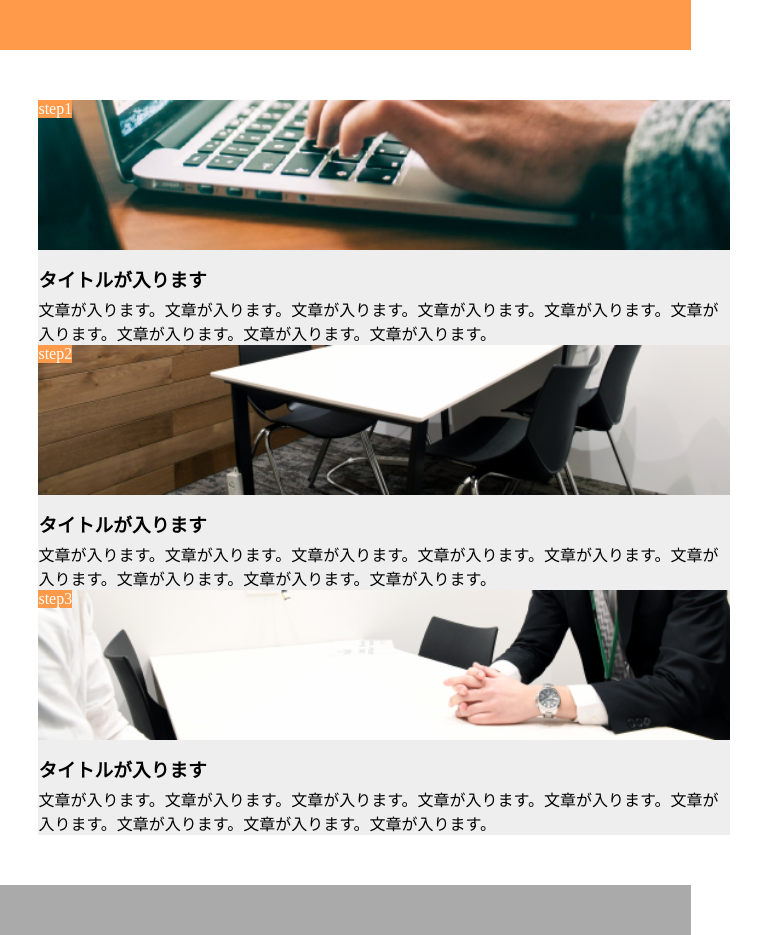
Repository: tttstk518/git-practice
Page: HTML/index.html
The author's editor kept a record of every edit. The page is drawn from the files as they stood at one moment, then again after the next edit.
The browser window is 768 px wide. The pictures show the whole page.

Above is the page before.

### HTML/index.html
<!DOCTYPE html>
<html lang="ja">
  <head>
    <meta charset="UTF-8" />
    <title>9章演習</title>

    <!-- ビューポートの設定　-->
    <meta name="viewport" content="width=device-width,initial-scale=1">
    <!--　スタイルシートの読み込み　-->
    <link rel="stylesheet" href="style.css" />
  </head>

  <body>

    <header></header>

    <main>

      <div class="step-box">
        <div class="step-img1"></div>
        <span class="step-num">step1</span>
        <h3 class="title">タイトルが入ります</h3>
        <p class="text">
          文章が入ります。文章が入ります。文章が入ります。文章が入ります。文章が入ります。文章が入ります。文章が入ります。文章が入ります。文章が入ります。
        </p>
      </div>


      <div class="step-box">
        <div class="step-img2"></div>
        <span class="step-num">step2</span>
        <h3 class="title">タイトルが入ります</h3>
        <p class="text">
          文章が入ります。文章が入ります。文章が入ります。文章が入ります。文章が入ります。文章が入ります。文章が入ります。文章が入ります。文章が入ります。
        </p>
      </div>

      <div class="step-box">
        <div class="step-img3"></div>
        <span class="step-num">step3</span>
        <h3 class="title">タイトルが入ります</h3>
        <p class="text">
          文章が入ります。文章が入ります。文章が入ります。文章が入ります。文章が入ります。文章が入ります。文章が入ります。文章が入ります。文章が入ります。
        </p>
      </div>
    </main>

    <footer></footer>
  </body>
</html>

### HTML/style.css
* {
  box-sizing: border-box;
  margin: 0;
  padding: 0;
}

header {
  width: 100%;
  height: 50px;
  background-color: #ff9a4b;
}

main {
  width: 100%;
  margin: 50px auto;
  position: relative;
  display: flex;
}

.step-box {
  position: relative;
  background-color: #eee;
}

.step-box:last-child {
  margin-bottom: 20px;
}

.step-img1 {
  height: 150px;
  background-image: url(img/flow01.png);
  background-position: bottom;
  background-size: cover;
}

.step-img2 {
  height: 150px;
  background-image: url(img/flow02.png);
  background-position: bottom;
  background-size: cover;
}

.step-img3 {
  height: 150px;
  background-image: url(img/flow03.png);
  background-position: bottom;
  background-size: cover;
}

.step-num {
  position: absolute;
  top: 0;
  left: 0;
  background-color: #ff9a4b;
  color: #fff;
}

.title {
  margin: 15px 0 5px;
}

footer {
  width: 100%;
  height: 50px;
  background-color: #aaa;
}

@media screen and (max-width: 768px) {

  header {
    width: 90%;
  }

  main {
    width: 90%;
    display: block;
  }

  footer {
    width: 90%;
  }
}

After the next edit:
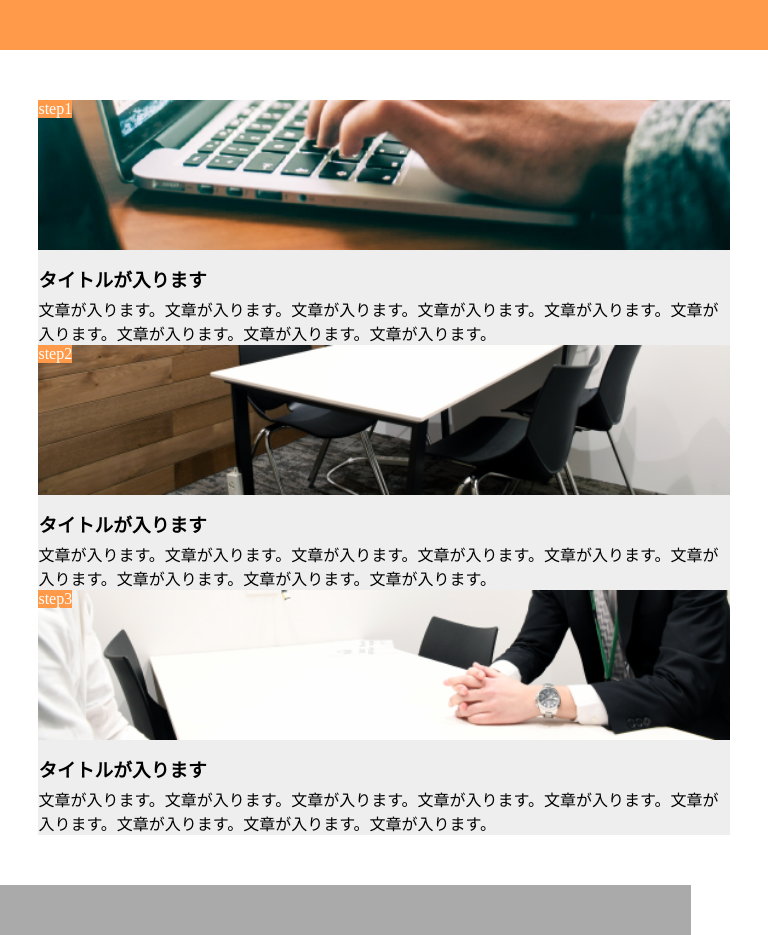
The edit:
--- a/HTML/style.css
+++ b/HTML/style.css
@@ -67,9 +67,6 @@
 
 @media screen and (max-width: 768px) {
 
-  header {
-    width: 90%;
-  }
 
   main {
     width: 90%;
